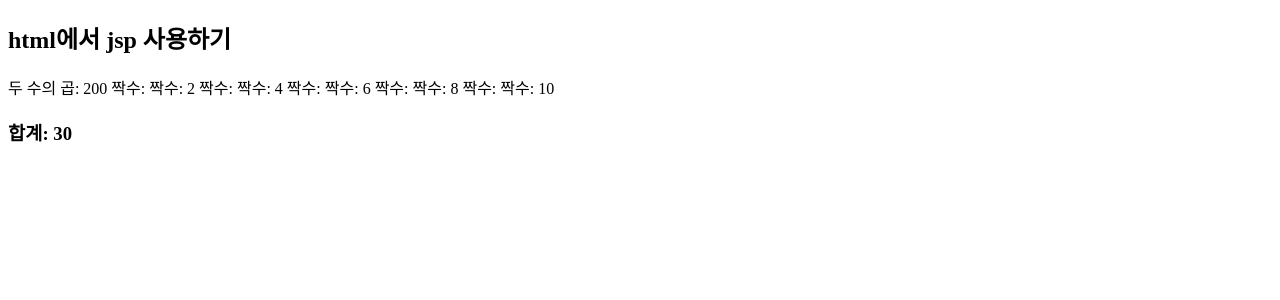
Repository: KyoungHwanJeong/jspworks
Page: http://localhost/jwbook/ch01/scriptlet.jsp
The author's editor kept a copy of each file at every save. The page is drawn from the files as they stood at one save, then again after the next save.
The browser window is 1280 px wide. The pictures show the whole page.
The page is served by Tomcat 9.

Above is the page before, as saved 2023-11-20 02:14:18.

After the next save:
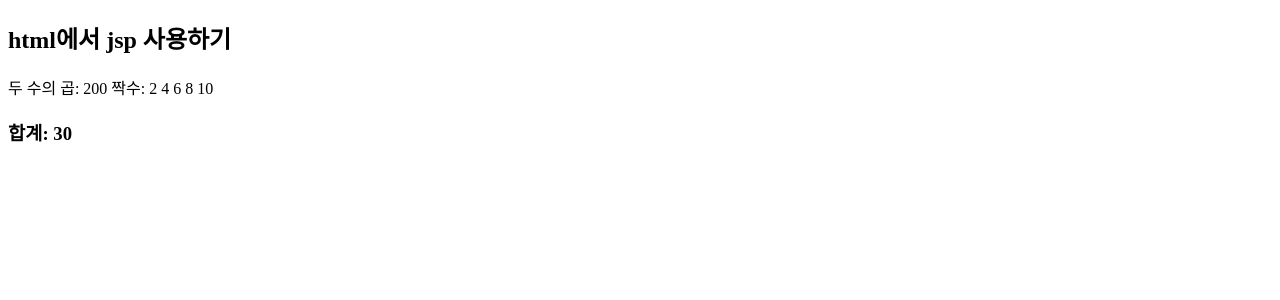
Saved 19 s later.
--- a/jwbook/src/main/webapp/ch01/scriptlet.jsp
+++ b/jwbook/src/main/webapp/ch01/scriptlet.jsp
@@ -18,9 +18,9 @@
 		out.println("두 수의 곱: " + (n1*n2));
 
 		//1부터 10까지 자연수 중에 짝수 출력
+		out.println("짝수: ");
 		for(int i=1; i<=10; i++){
 
-			out.println("짝수: ");
 			if(i%2==0){
 				out.println(i);
 			}
